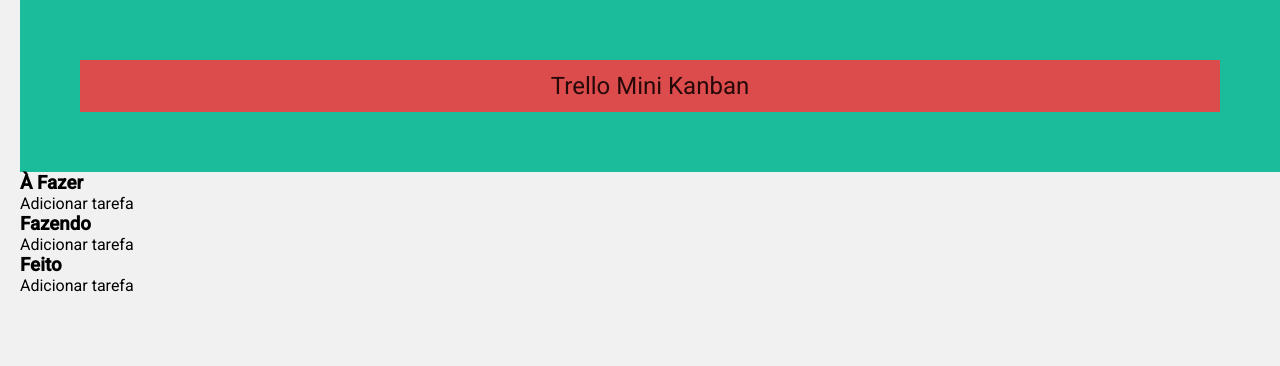
Repository: douglasabnovato/byteclass
Page: trello-mini-kanban/index.html
These files come from the project's save history. The page is drawn as it stood at one moment and after the next save; the edit follows.
The browser window is 1280 px wide. The pictures show the whole page.

Above is the page before, as saved 2025-07-31 20:21:58.

After the next save:
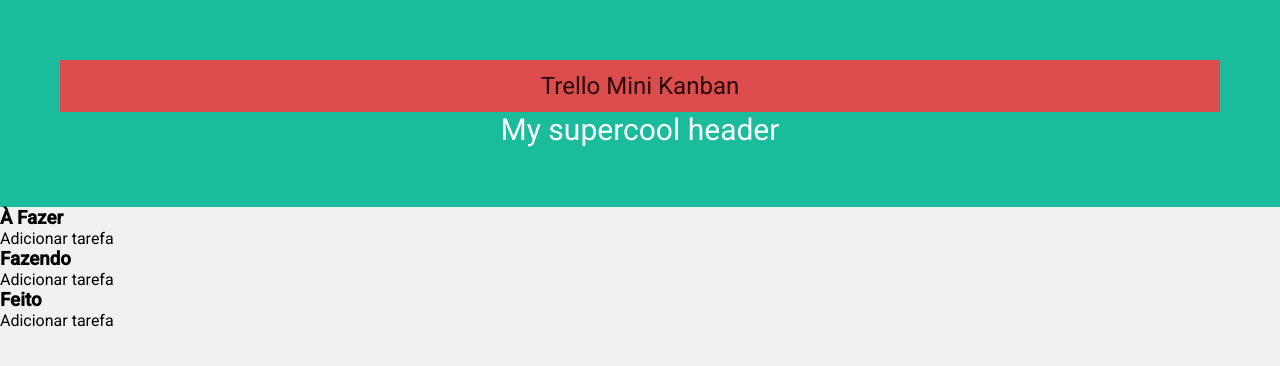
Saved 14 s later.
--- a/trello-mini-kanban/index.html
+++ b/trello-mini-kanban/index.html
@@ -13,15 +13,13 @@
   </head>
 
   <body>
-
-    <div id="home" class="container content" style="padding-left: 20px">
-
+    <div id="home" class="container content" >
       <header>
         <h1>Trello Mini Kanban</h1>
+        <p>My supercool header</p>
       </header>
 
       <main>
-
         <div class="board">
           <h3 class="title">À Fazer</h3>
           <ul
@@ -60,9 +58,7 @@
             <p>Adicionar tarefa</p>
           </div>
         </div>
-
       </main>
-
     </div>
 
     <script src="./script.js"></script>
